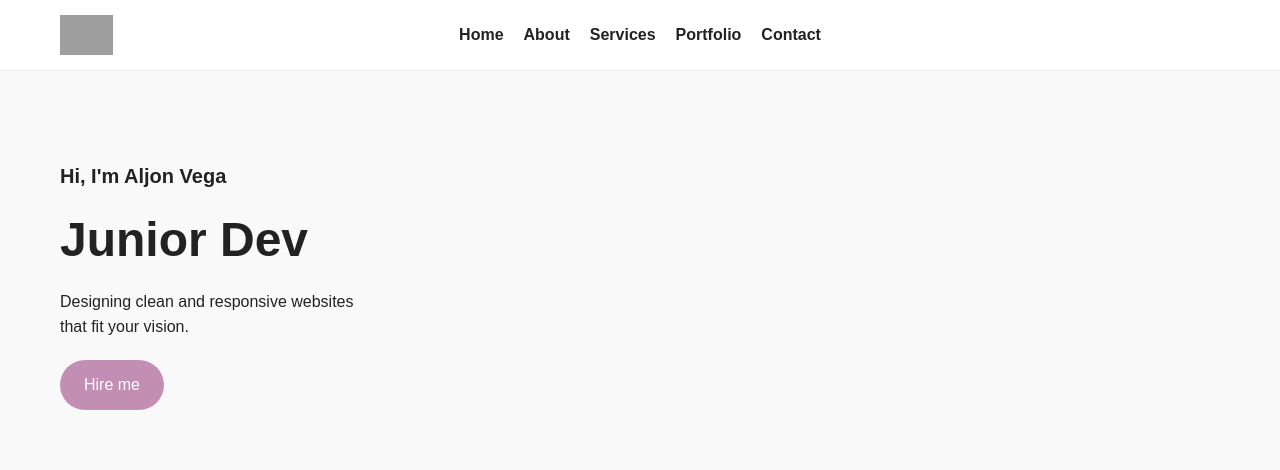
Repository: aljonvega18/Portfolio
Page: index.html
These files come from the project's save history. The page is drawn as it stood at one moment and after the next save; the edit follows.
The browser window is 1280 px wide. The pictures show the whole page.
Pictures or frames that could not be fetched are drawn as grey boxes.

Above is the page before, as saved 2026-02-02 02:26:27.

### index.html
<!DOCTYPE html>
<html lang="en">
<head>
    <meta charset="UTF-8">
    <meta name="viewport" content="width=device-width, initial-scale=1.0">
    <title>Aljon Vega | Junior Dev Portfolio</title>
    <link rel="stylesheet" href="style.css">

</head>
<body>

<header>
    <div class="navbar">
        <img src="Pic/LOGO.png" class="logo" alt="Logo">
        <nav>
            <ul>
                <li><a href="index.html">Home</a></li>
                <li><a href="about.html">About</a></li>
                <li><a href="services.html">Services</a></li>
                <li><a href="portfolio.html">Portfolio</a></li>
                <li><a href="contact.html">Contact</a></li>
            </ul>
        </nav>
    </div>
</header>

<section class="hero">
    <div class="hero-container">
        <div class="hero-content">
            <h3>Hi, I'm Aljon Vega</h3>
            <h1>Junior Dev</h1>
            <p>Designing clean and responsive websites<br>that fit your vision.</p>
            <a href="contact.html" class="btn">Hire me</a>
            <div class="social-links">
                <a href="#" class="social-icon"><i class="fab fa-facebook-f"></i></a>
                <a href="#" class="social-icon"><i class="fab fa-instagram"></i></a>
                <a href="#" class="social-icon"><i class="fab fa-x-twitter"></i></a>
            </div>
        </div>
        <div class="hero-image">
    <svg viewBox="0 0 200 200" xmlns="http://www.w3.org/2000/svg" aria-labelledby="t" class="blob-svg">

        <defs>
            <clipPath id="blobClip">
                <path d="M43.1,-68.5C56.2,-58.6,67.5,-47.3,72.3,-33.9C77.2,-20.5,75.5,-4.9,74.2,11.3C72.9,27.6,71.9,44.5,63.8,57.2C55.7,69.8,40.6,78.2,25.5,79.2C10.4,80.1,-4.7,73.6,-20.9,69.6C-37.1,65.5,-54.5,63.9,-66,54.8C-77.5,45.8,-83.2,29.3,-85.7,12.3C-88.3,-4.8,-87.7,-22.3,-79.6,-34.8C-71.5,-47.3,-55.8,-54.9,-41.3,-64.2C-26.7,-73.6,-13.4,-84.7,0.8,-86C15,-87.2,29.9,-78.5,43.1,-68.5Z"
                        transform="translate(100 100)"/>
            </clipPath>
        </defs>

        <image
            href="ME.jpg"
            width="200"
            height="200"
            preserveAspectRatio="xMidYMid slice"
            clip-path="url(#blobClip)"
        />

        <path
            id="textPath"
            d="M43.1,-68.5C56.2,-58.6,67.5,-47.3,72.3,-33.9C77.2,-20.5,75.5,-4.9,74.2,11.3C72.9,27.6,71.9,44.5,63.8,57.2C55.7,69.8,40.6,78.2,25.5,79.2C10.4,80.1,-4.7,73.6,-20.9,69.6C-37.1,65.5,-54.5,63.9,-66,54.8C-77.5,45.8,-83.2,29.3,-85.7,12.3C-88.3,-4.8,-87.7,-22.3,-79.6,-34.8C-71.5,-47.3,-55.8,-54.9,-41.3,-64.2C-26.7,-73.6,-13.4,-84.7,0.8,-86C15,-87.2,29.9,-78.5,43.1,-68.5Z"
            transform="translate(100 100)"
            fill="none"
            pathLength="100"
        />

        <text class="text-content">
            <textPath href="#textPath">
                ❤ MADE WITH LOVE ❤ MADE WITH LOVE ❤
                <animate attributeName="startOffset" from="0%" to="100%" dur="15s" repeatCount="indefinite"/>
            </textPath>
        </text>

    </svg>
</div>

    </div>
</section>

</body>
</html>

### style.css
html, body {
margin: 0;
padding: 0;
overflow: hidden;
}
* {
box-sizing: border-box;
margin: 0;
padding: 0;
font-family: Arial, sans-serif;
}
body {
        background: #fff;
        color: #222;
        line-height: 1.6;
        }

/* NAVBAR */
header {
    position: fixed;
    top: 0; width: 100%;
    background: #fff;
    border-bottom: 1px solid #eee;
    z-index: 1000;
    }
.navbar {
    max-width: 1200px;
    margin: auto;
    position: relative;
    display: flex;
    align-items: center;
    padding: 15px 20px;
    }
.logo {
    height: 40px;}
nav ul {
    display: flex;
    list-style: none;
    gap: 20px;
    }
nav a { text-decoration: none; color: #222; font-weight: bold; }
nav a:hover { color: #c38eb4; }
nav {
    position: absolute;
    left: 50%;
    transform: translateX(-50%);
    }
.hero {
    padding-top: 120px;
    padding-bottom: 60px;
    background: #f9f9f9;}
.hero-container {
    max-width: 1200px;
    margin: auto; display: flex;
    align-items: center;
    justify-content: space-between;
    gap: 40px;
    padding: 40px 20px; }
.hero-content h3 {
    font-size: 20px;
}
.hero-content h1 {
    font-size: 48px;
    margin: 10px 0;
}
.hero-content p {
    margin-bottom: 20px;
}
.btn {
    display: inline-block;
    background: #c38eb4;
    color: #fff;
    padding: 12px 24px;
    text-decoration: none;
    border-radius: 25px;
}
.btn:hover { opacity: 0.9; }
.social-links { margin-top: 15px; display: flex; gap: 15px; }
.social-icon { color: #222; font-size: 18px; }
.hero-image img { width: 320px; max-width: 100%; }

/* RESPONSIVE */
@media (max-width: 768px) {
.hero-container { flex-direction: column-reverse; text-align: center; }
nav ul { gap: 12px; }
.hero-content h1 { font-size: 36px; }
}

After the next save:
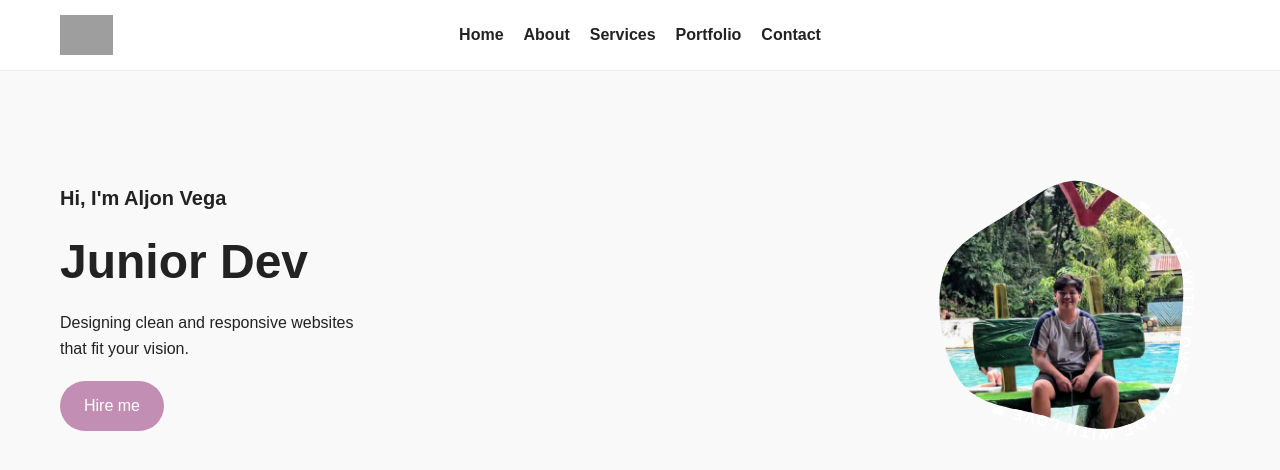
Saved 46 s later.
--- a/style.css
+++ b/style.css
@@ -74,10 +74,22 @@ nav {
     text-decoration: none;
     border-radius: 25px;
 }
-.btn:hover { opacity: 0.9; }
-.social-links { margin-top: 15px; display: flex; gap: 15px; }
-.social-icon { color: #222; font-size: 18px; }
-.hero-image img { width: 320px; max-width: 100%; }
+.btn:hover {
+    opacity: 0.9;
+}
+.social-links {
+    margin-top: 15px;
+    display: flex;
+    gap: 15px;
+}
+.social-icon {
+    color: #222;
+    font-size: 18px;
+}
+.hero-image img {
+    width: 320px;
+    max-width: 100%;
+}
 
 /* RESPONSIVE */
 @media (max-width: 768px) {
@@ -85,3 +97,21 @@ nav {
 nav ul { gap: 12px; }
 .hero-content h1 { font-size: 36px; }
 }
+
+.blob-svg {
+    width: 100%;
+    max-width: 420px;
+    aspect-ratio: 1 / 1;
+}
+
+.blob-svg:hover #blobClip {
+    transform: scale(1.15);
+    transform-origin: center;
+}
+
+.text-content {
+    font: 700 10px/1.2 system-ui, -apple-system, Segoe UI, Roboto, Arial, sans-serif;
+    letter-spacing: 1.5px;
+    text-transform: uppercase;
+    fill: white;
+}
